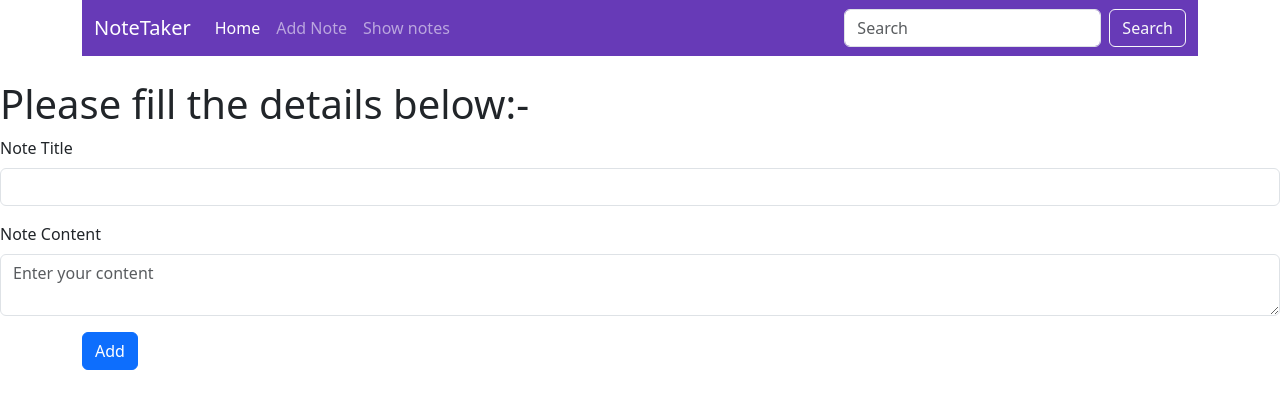
Repository: smritihbtu/Note-Maker
Page: http://localhost/NoteTaker/add_notes.jsp
The author's editor kept a copy of each file at every save. The page is drawn from the files as they stood at one save, then again after the next save.
The browser window is 1280 px wide. The pictures show the whole page.
The page is served by Tomcat 9. Other server files are loaded and not shown.

Above is the page before, as saved 2023-08-20 06:57:26.

### NoteTaker/src/main/webapp/add_notes.jsp
<%@ page language="java" contentType="text/html; charset=ISO-8859-1"
    pageEncoding="ISO-8859-1"%>
<!DOCTYPE html>
<html>
<head>
<meta charset="ISO-8859-1">
<meta charset="utf-8">
    <meta name="viewport" content="width=device-width, initial-scale=1">
    <title>Bootstrap demo</title>
    <link rel="stylesheet" href="css/style.css" />
  <link href="https://cdn.jsdelivr.net/npm/bootstrap@5.3.1/dist/css/bootstrap.min.css" rel="stylesheet" integrity="sha384-4bw+/aepP/YC94hEpVNVgiZdgIC5+VKNBQNGCHeKRQN+PtmoHDEXuppvnDJzQIu9" crossorigin="anonymous">

<title>Insert title here</title>
</head>
<body>
<div class="container">
<%@include file="navbar.jsp" %>
</div>
<br>
<h1>Please fill the details below:-</h1>

<!-- form added  -->

<form action="SaveNoteServlet" method="post" >
  <div class="mb-3">
    <label for="title" class="form-label">Note Title</label>
    <input type="text" class="form-control" id="title" aria-describedby="emailHelp">
  </div>

  <div class="mb-3">
    <label for="exampleInputPassword1" class="form-label">Note Content</label>
    <textarea id="content" placeholder= "Enter your content"
    class="form-control"></textarea>
  </div>
  <div class=container>
  <button type="submit" class="btn btn-primary">Add</button>
  </div>
</form>

</body>
</html>

### NoteTaker/src/main/webapp/navbar.jsp
<nav class="navbar navbar-expand-lg navbar-dark purple">
  <div class="container-fluid">
    <a class="navbar-brand" href="#">NoteTaker</a>
    <button class="navbar-toggler" type="button" data-bs-toggle="collapse" data-bs-target="#navbarSupportedContent" aria-controls="navbarSupportedContent" aria-expanded="false" aria-label="Toggle navigation">
      <span class="navbar-toggler-icon"></span>
    </button>
    <div class="collapse navbar-collapse" id="navbarSupportedContent">
      <ul class="navbar-nav me-auto mb-2 mb-lg-0">
        <li class="nav-item">
          <a class="nav-link active" aria-current="page" href="index.jsp">Home</a>
        </li>
        <li class="nav-item">
          <a class="nav-link" href="add_notes.jsp">Add Note</a>
        </li>

        <li class="nav-item">
          <a class="nav-link " href="all_notes.jsp">Show notes</a>
        </li>
      </ul>
      <form class="d-flex" role="search">
        <input class="form-control me-2" type="search" placeholder="Search" aria-label="Search">
        <button class="btn btn-outline-light" type="submit">Search</button>
      </form>
    </div>
  </div>
</nav>
</html>

### NoteTaker/src/main/webapp/css/style.css
.purple{
	background :#673ab7;
}
/* .container{
	background-color: red;
} */

After the next save:
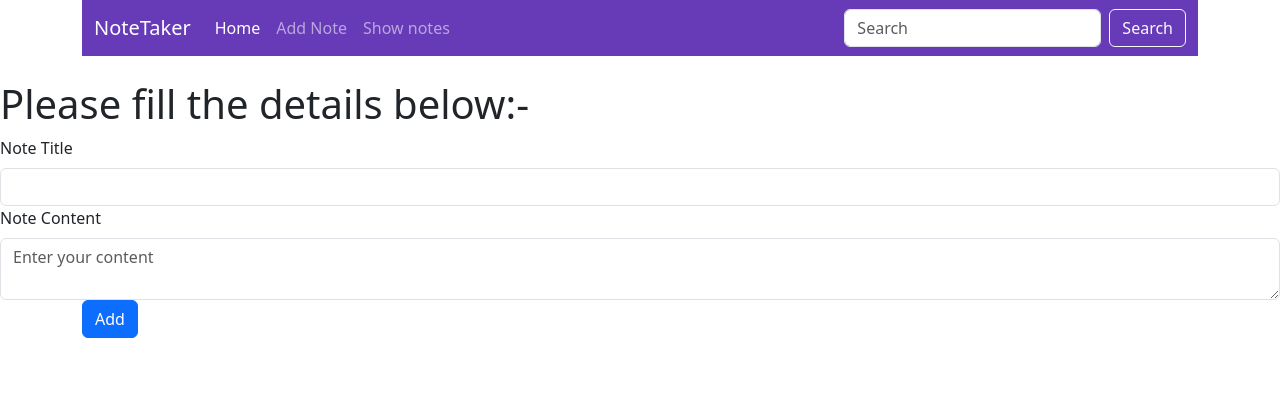
Saved 77 s later.
--- a/NoteTaker/src/main/webapp/add_notes.jsp
+++ b/NoteTaker/src/main/webapp/add_notes.jsp
@@ -22,12 +22,12 @@
 <!-- form added  -->
 
 <form action="SaveNoteServlet" method="post" >
-  <div class="mb-3">
+  <div class="form-group">
     <label for="title" class="form-label">Note Title</label>
     <input type="text" class="form-control" id="title" aria-describedby="emailHelp">
   </div>
 
-  <div class="mb-3">
+  <div class="form-group">
     <label for="exampleInputPassword1" class="form-label">Note Content</label>
     <textarea id="content" placeholder= "Enter your content"
     class="form-control"></textarea>
